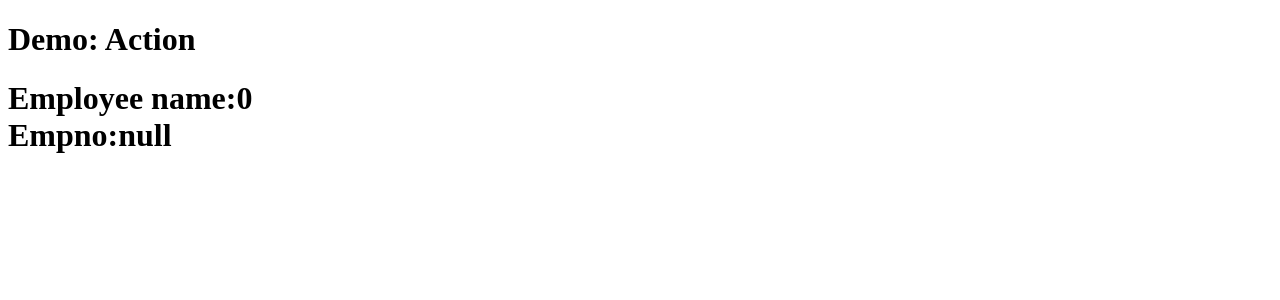
Repository: aditiee/CybageTraining
Page: http://localhost/shoppingcart/StudentBean.jsp
The author's editor kept a copy of each file at every save. The page is drawn from the files as they stood at one save, then again after the next save.
The browser window is 1280 px wide. The pictures show the whole page.
The page is served by Tomcat 9.

Above is the page before, as saved 2019-02-08 08:58:12.

After the next save:
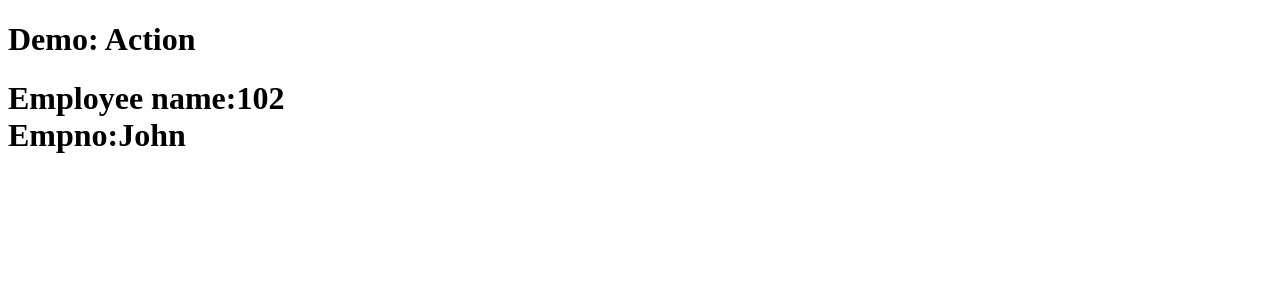
Saved 3 min 47 s later.
--- a/Advance Java/demos/shoppingcart/src/main/webapp/StudentBean.jsp
+++ b/Advance Java/demos/shoppingcart/src/main/webapp/StudentBean.jsp
@@ -7,9 +7,13 @@
 <title>Insert title here</title>
 </head>
 <body>
+<% %>
+
+
 <h1>Demo: Action</h1>
        <jsp:useBean id="s1" class="com.cybage.beans.Student" scope="page"/>
-       <jsp:setProperty name="s1" property="*"/>
+       <jsp:setProperty name="s1" property="student_id" value="102"/>
+       <jsp:setProperty name="s1" property="name" value="John"/>
        <h1>
           Employee name:<jsp:getProperty name="s1" property="student_id"/><br>
           Empno:<jsp:getProperty name="s1" property="name"/><br>
